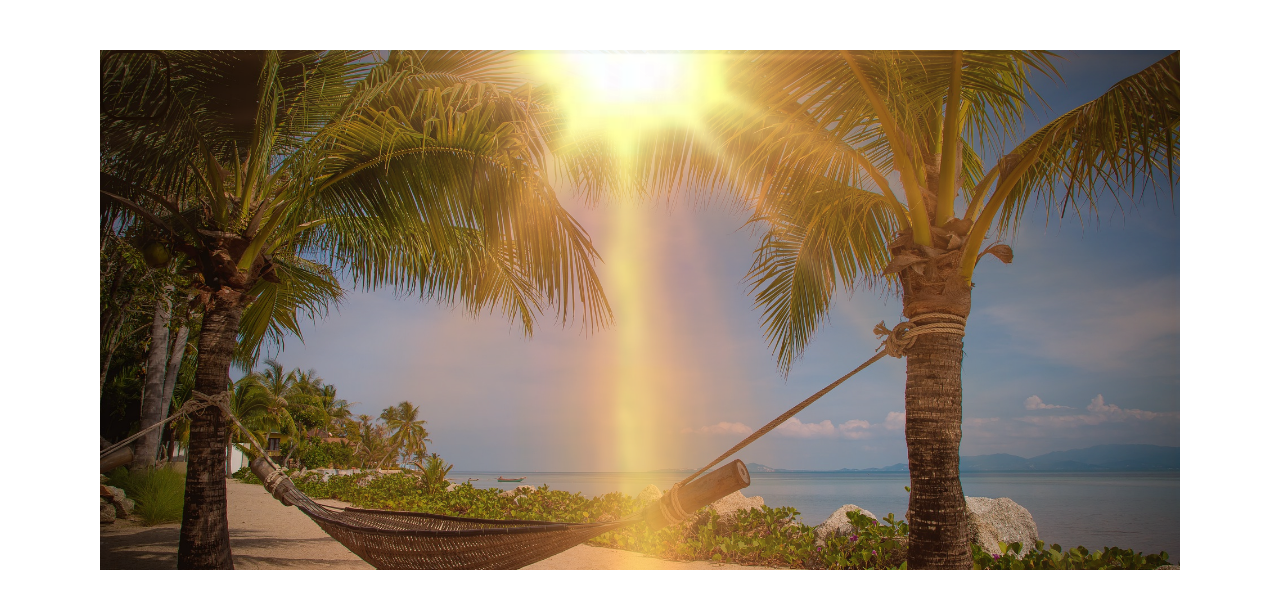
Repository: NadiaSchmitz/wetter.githab.io
Page: index.html
The author's editor kept a record of every edit. The page is drawn from the files as they stood at one moment, then again after the next edit.
The browser window is 1280 px wide. The pictures show the whole page.

Above is the page before.

After the next edit:
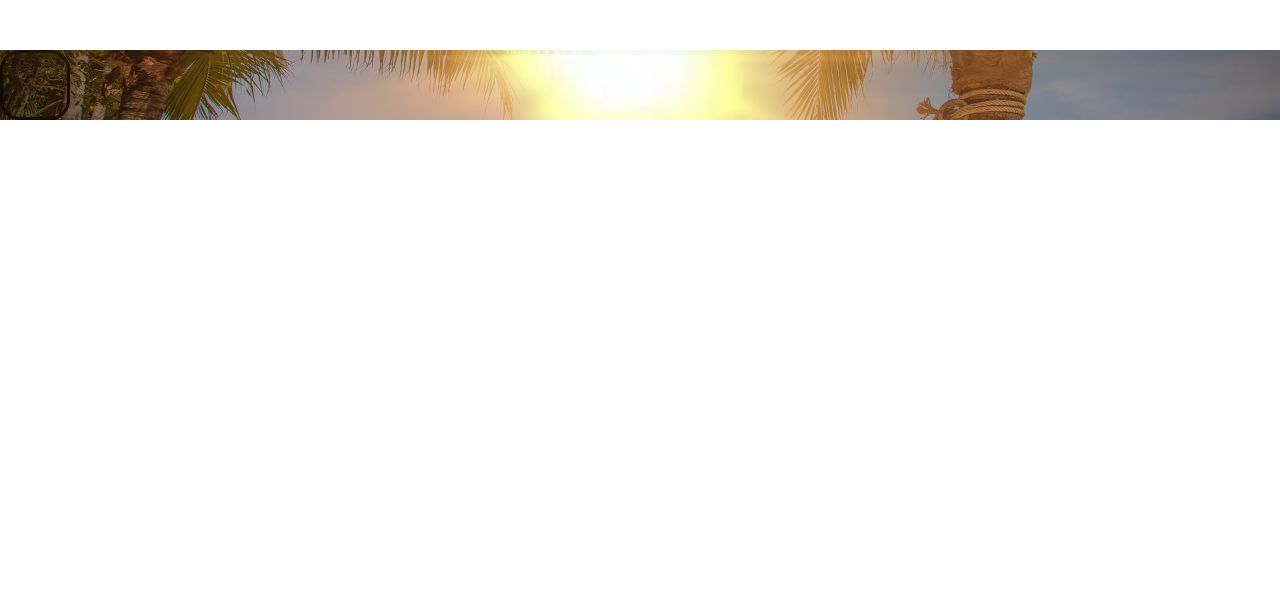
The edit:
--- a/js/general.js
+++ b/js/general.js
@@ -7,5 +7,5 @@
 console.log(heightScreen);
 console.log(screenRatio);
 
-$(".weather").css("width", widthScreen - 100);
-$(".weather").css("height", heightScreen - 100);
+$(".weather").css("width", "widthScreen");
+$(".weather").css("height", "heightScreen");
